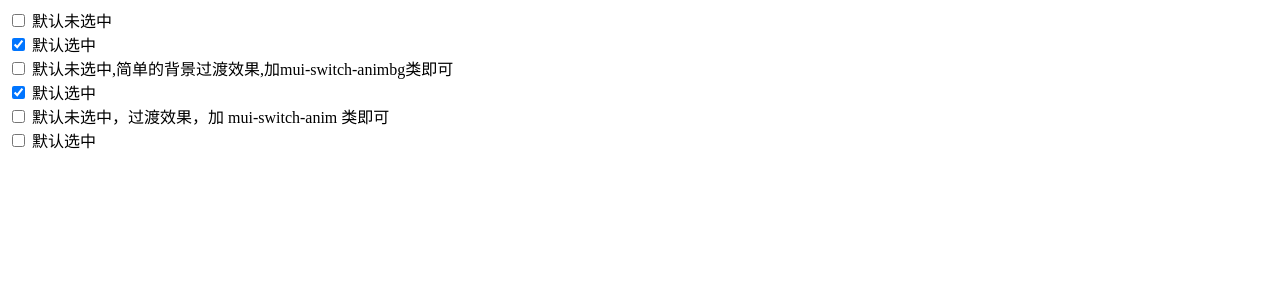
Repository: Germtao/Web
Page: web_css/css_others.html
These files come from the project's save history. The page is drawn as it stood at one moment and after the next save; the edit follows.
The browser window is 1280 px wide. The pictures show the whole page.

Above is the page before, as saved 2020-11-05 15:20:30.

After the next save:
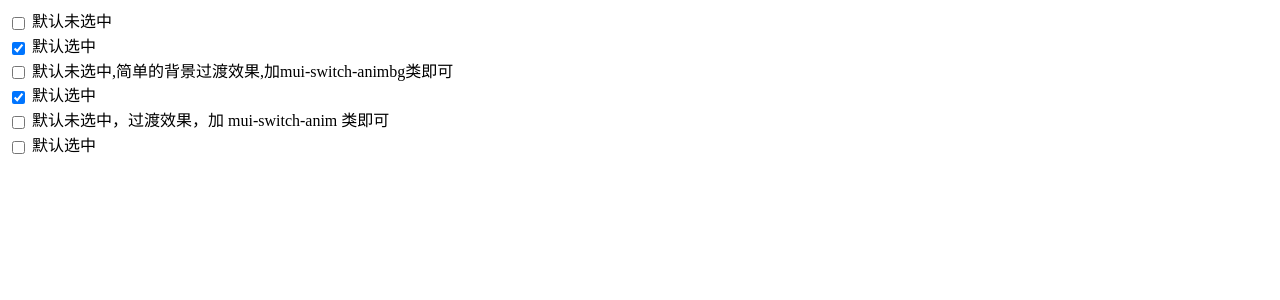
Saved 30 s later.
--- a/web_css/css_others.html
+++ b/web_css/css_others.html
@@ -9,6 +9,11 @@
   <style>
     label {
       display: block;
+      vertical-align: middle;
+    }
+
+    input,
+    select {
       vertical-align: middle;
     }
   </style>
